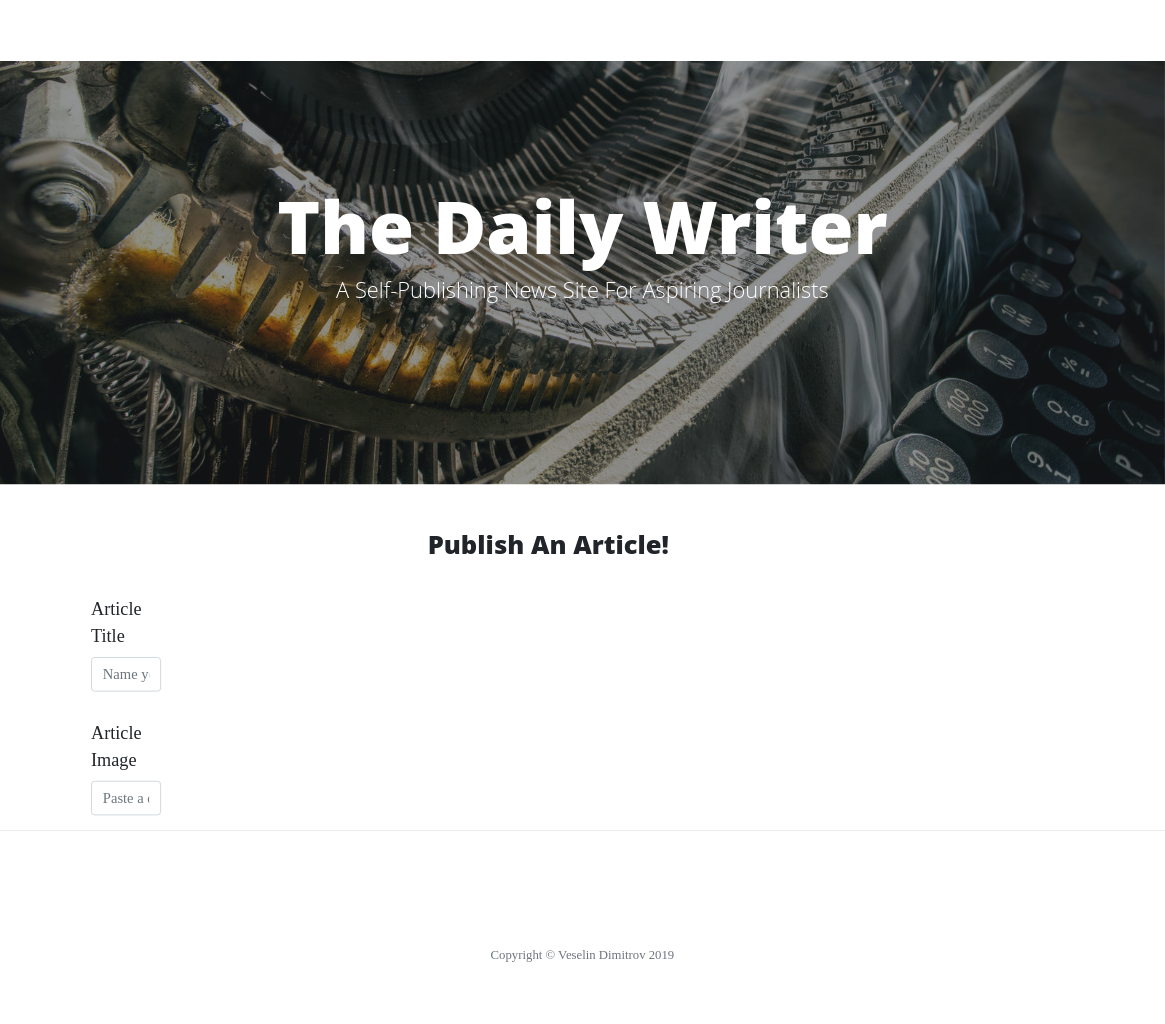
Repository: Vesss/Blog-Project
Page: http://localhost/post
The author's editor kept a record of every edit. The page is drawn from the files as they stood at one moment, then again after the next edit.
The browser window is 1280 px wide. The pictures show the whole page, at 91% of full size.
The page is served by the project's application, run on Flask 3 (app.py).

Above is the page before.

After the next edit:
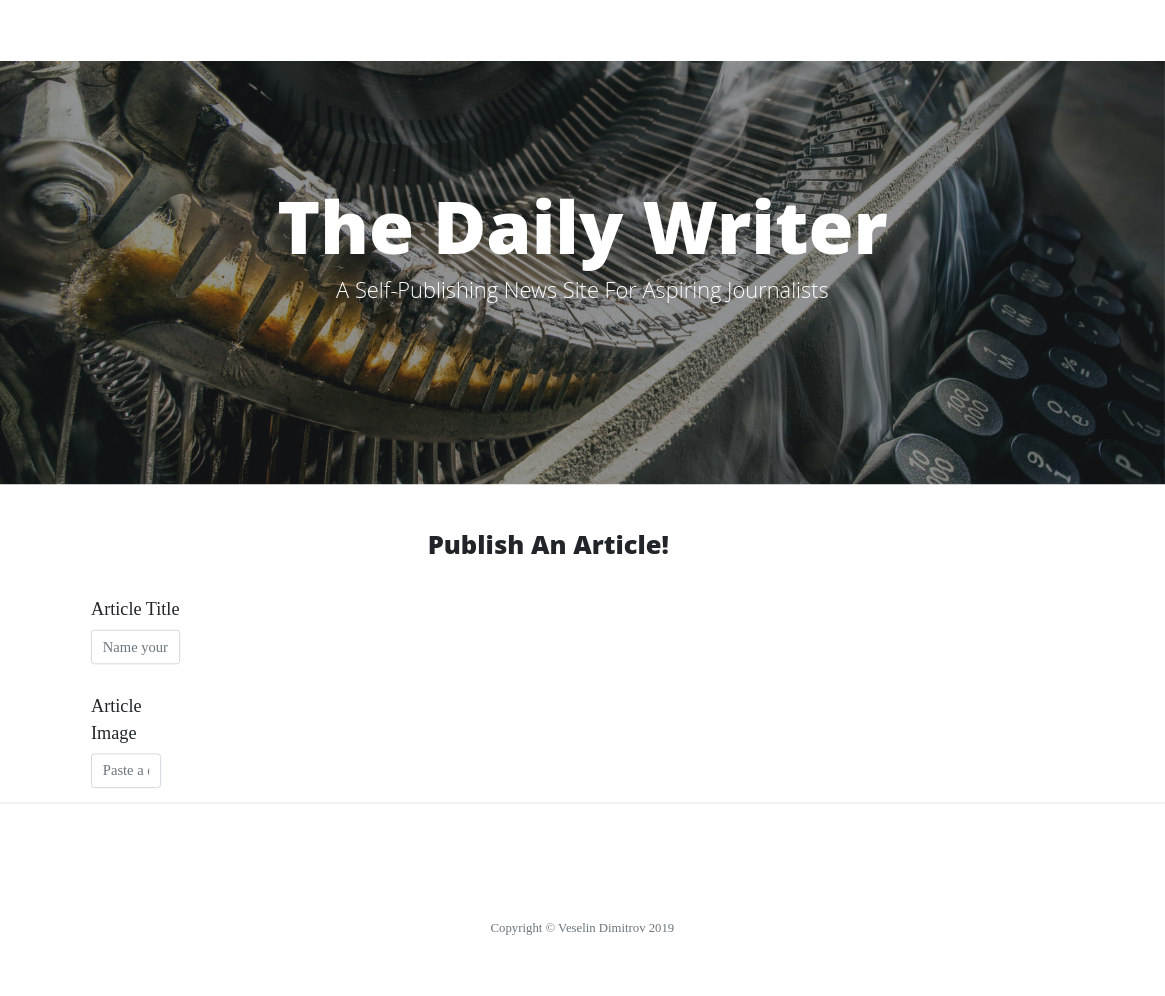
The edit:
--- a/templates/post.html
+++ b/templates/post.html
@@ -10,7 +10,7 @@
 <div class="container">
     <div class="row">
         <form>
-            <div class="col-sm-5">
+            <div class="col-sm-6">
                 <label for="article">Article Title</label>
                 <input type="text" class="form-control" placeholder="Name your article">
             </div>
